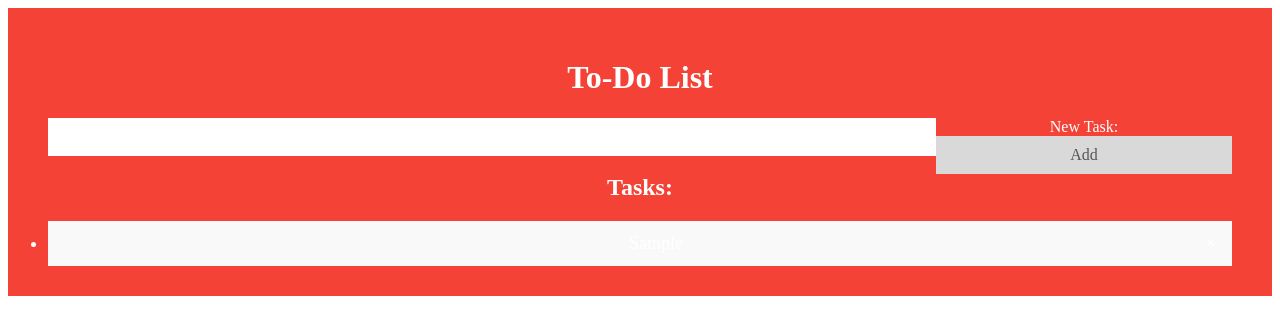
Repository: samoshi/To-do
Page: http://localhost/
The author's editor kept a copy of each file at every save. The page is drawn from the files as they stood at one save, then again after the next save.
The browser window is 1280 px wide. The pictures show the whole page.
Empty fields were first filled with sample values (such as "Sample", 5 or name@example.com).
After loading, the first visible `span.addBtn` was clicked once.
The page is served by the project's application, run on Flask 3 (app/app.py).

Above is the page before, as saved 2024-01-14 00:54:21.
Console error: TypeError: Cannot read properties of null (reading 'addEventListener')

### app/templates/index.html
<!DOCTYPE html>
<html lang="en">

<head>
    <meta charset="UTF-8">
    <meta name="viewport" content="width=device-width, initial-scale=1.0">
    <title>To-Do list</title>
    <link rel="stylesheet" href="{{ url_for('static', filename='style.css') }}" />
    <script src="https://code.jquery.com/jquery-3.6.4.min.js"></script>
    <script src="{{ url_for('static', filename='script.js') }}"></script>
</head>
<body>
    <div id="myDIV" class="header">
        <h1>To-Do List</h1>

        <form method="POST" action="{{ url_for('add_task') }}">
            <label for="description">New Task:</label>
            <input type="text" id="myInput" name="description" required>
            <span onclick="newElement()" class="addBtn">Add</span>
        </form>

        <h2>Tasks:</h2>
        <ul id="myUL">
            {% for task in tasks %}
                <li data-task-id="{{ loop.index-1 }}">
                </li>
            {% endfor %}
        </ul>

    </div>
</body>
</html>

### app/app.py
from flask import Flask, render_template, request, redirect, url_for
import json

app = Flask(__name__)

tasks = []

def save_tasks():
    with open("tasks.txt", "w") as file:
        for task in tasks:
            file.write(f"{task['description']}:{task['completed']}\n")

# Load tasks from a file
def load_tasks():
    try:
        with open("tasks.txt", "r") as file:
            lines = file.readlines()
            return [
                {"description": line.split(":")[0], "completed": eval(line.split(":")[1])}
                for line in lines
            ]
    except FileNotFoundError:
        return []

# Initialize tasks
tasks = load_tasks()

@app.route('/')
def index():
    return render_template('index.html', tasks=tasks)

@app.route('/add_task', methods=['POST'])
def add_task():
    new_task_description = request.form.get('description')
    if new_task_description:
        new_task = {"description": new_task_description, "completed": False}
        tasks.append(new_task)
        save_tasks()
    return redirect(url_for('index'))

@app.route('/complete/<int:task_id>')
def complete_task(task_id):
    if 0 <= task_id < len(tasks):
        tasks[task_id]['completed'] = True
        save_tasks()
    return redirect(url_for('index'))

@app.route('/remove/<int:task_id>')
def remove_task(task_id):
    global tasks
    if 0 <= task_id < len(tasks):
        del tasks[task_id]
        # Save your tasks or update your data structure
    return redirect(url_for('index'))

if __name__ == '__main__':
    app.run(host='0.0.0.0', port=5000, debug=True)

### app/static/style.css
/* Include the padding and border in an element's total width and height */
* {
    box-sizing: border-box;
  }

  /* Remove margins and padding from the list */
  ul {
    margin: 0;
    padding: 0;
  }

  /* Style the list items */
  ul li {
    cursor: pointer;
    position: relative;
    padding: 12px 8px 12px 40px;
    background: #eee;
    font-size: 18px;
    transition: 0.2s;

    /* make the list items unselectable */
    -webkit-user-select: none;
    -moz-user-select: none;
    -ms-user-select: none;
    user-select: none;
  }

  /* Set all odd list items to a different color (zebra-stripes) */
  ul li:nth-child(odd) {
    background: #f9f9f9;
  }

  /* Darker background-color on hover */
  ul li:hover {
    background: #ddd;
  }

  /* When clicked on, add a background color and strike out text */
  ul li.checked {
    background: #888;
    color: #fff;
    text-decoration: line-through;
  }

  /* Add a "checked" mark when clicked on */
  ul li.checked::before {
    content: '';
    position: absolute;
    border-color: #fff;
    border-style: solid;
    border-width: 0 2px 2px 0;
    top: 10px;
    left: 16px;
    transform: rotate(45deg);
    height: 15px;
    width: 7px;
  }

  /* Style the close button */
  .close {
    position: absolute;
    right: 0;
    top: 0;
    padding: 12px 16px 12px 16px;
  }

  .close:hover {
    background-color: #f44336;
    color: white;
  }

  /* Style the header */
  .header {
    background-color: #f44336;
    padding: 30px 40px;
    color: white;
    text-align: center;
  }

  /* Clear floats after the header */
  .header:after {
    content: "";
    display: table;
    clear: both;
  }

  /* Style the input */
  input {
    margin: 0;
    border: none;
    border-radius: 0;
    width: 75%;
    padding: 10px;
    float: left;
    font-size: 16px;
  }

  /* Style the "Add" button */
  .addBtn {
    padding: 10px;
    width: 25%;
    background: #d9d9d9;
    color: #555;
    float: left;
    text-align: center;
    font-size: 16px;
    cursor: pointer;
    transition: 0.3s;
    border-radius: 0;
  }

  .addBtn:hover {
    background-color: #bbb;
  }

### app/static/script.js
// Create a "close" button and append it to each list item
var myNodelist = document.getElementsByTagName("LI");
var i;
for (i = 0; i < myNodelist.length; i++) {
  var span = document.createElement("SPAN");
  var txt = document.createTextNode("\u00D7");
  span.className = "close";
  span.appendChild(txt);
  myNodelist[i].appendChild(span);
}

// Click on a close button to hide the current list item
var close = document.getElementsByClassName("close");
var i;
for (i = 0; i < close.length; i++) {
  close[i].onclick = function() {
    var div = this.parentElement;
    div.style.display = "none";
  }
}

// Add a "checked" symbol when clicking on a list item
var list = document.querySelector('ul');
list.addEventListener('click', function(ev) {
  if (ev.target.tagName === 'LI') {
    ev.target.classList.toggle('checked');
  }
}, false);

// Create a new list item when clicking on the "Add" button
function newElement() {
  var li = document.createElement("li");
  var inputValue = document.getElementById("myInput").value;
  var t = document.createTextNode(inputValue);
  li.appendChild(t);
  if (inputValue === '') {
    alert("You must write something!");
  } else {
    document.getElementById("myUL").appendChild(li);
  }
  document.getElementById("myInput").value = "";

  var span = document.createElement("SPAN");
  var txt = document.createTextNode("\u00D7");
  span.className = "close";
  span.appendChild(txt);
  li.appendChild(span);

  for (i = 0; i < close.length; i++) {
    close[i].onclick = function() {
      var div = this.parentElement;
      div.style.display = "none";
    }
  }
}

After the next save:
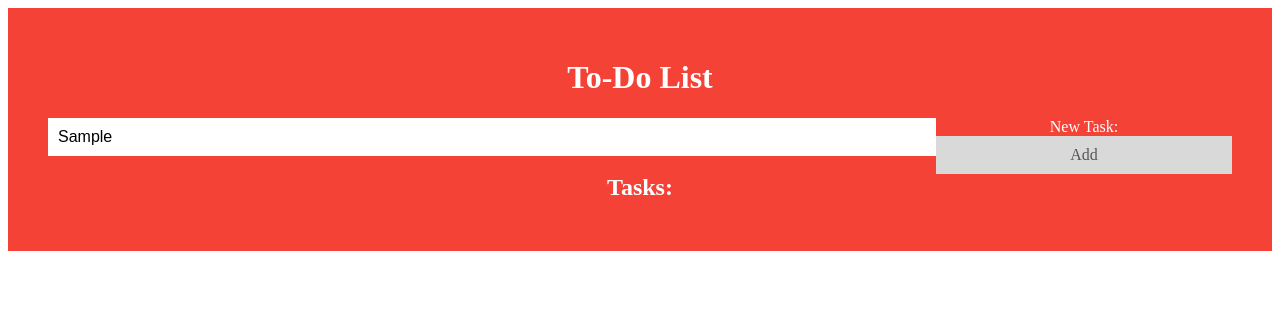
Console error: SyntaxError: Unexpected identifier 'remove_task'
Saved 5 min 23 s later.
--- a/app/static/script.js
+++ b/app/static/script.js
@@ -1,55 +1,28 @@
-// Create a "close" button and append it to each list item
-var myNodelist = document.getElementsByTagName("LI");
-var i;
-for (i = 0; i < myNodelist.length; i++) {
-  var span = document.createElement("SPAN");
-  var txt = document.createTextNode("\u00D7");
-  span.className = "close";
-  span.appendChild(txt);
-  myNodelist[i].appendChild(span);
-}
+// script.js
+document.addEventListener('DOMContentLoaded', function () {
+    const taskItems = document.querySelectorAll('.task-item');
 
-// Click on a close button to hide the current list item
-var close = document.getElementsByClassName("close");
-var i;
-for (i = 0; i < close.length; i++) {
-  close[i].onclick = function() {
-    var div = this.parentElement;
-    div.style.display = "none";
-  }
-}
+    function handleTaskAction(url) {
+        window.location.href = url;
+    }
 
-// Add a "checked" symbol when clicking on a list item
-var list = document.querySelector('ul');
-list.addEventListener('click', function(ev) {
-  if (ev.target.tagName === 'LI') {
-    ev.target.classList.toggle('checked');
-  }
-}, false);
+    taskItems.forEach((taskItem) => {
+        taskItem.addEventListener('mouseover', () => {
+            taskItem.classList.add('hovered-task');
+        });
 
-// Create a new list item when clicking on the "Add" button
-function newElement() {
-  var li = document.createElement("li");
-  var inputValue = document.getElementById("myInput").value;
-  var t = document.createTextNode(inputValue);
-  li.appendChild(t);
-  if (inputValue === '') {
-    alert("You must write something!");
-  } else {
-    document.getElementById("myUL").appendChild(li);
-  }
-  document.getElementById("myInput").value = "";
+        taskItem.addEventListener('mouseout', () => {
+            taskItem.classList.remove('hovered-task');
+        });
 
-  var span = document.createElement("SPAN");
-  var txt = document.createTextNode("\u00D7");
-  span.className = "close";
-  span.appendChild(txt);
-  li.appendChild(span);
+        taskItem.addEventListener('click', (event) => {
+            const isCompletedTask = taskItem.classList.contains('completed-task');
+            const url = isCompletedTask
+                ? '{{ url_for('remove_task', task_id=loop.index-1) }}'
+                : '{{ url_for('complete_task', task_id=loop.index-1) }}';
 
-  for (i = 0; i < close.length; i++) {
-    close[i].onclick = function() {
-      var div = this.parentElement;
-      div.style.display = "none";
-    }
-  }
-}
+            event.stopPropagation(); // Prevent event propagation to parent elements
+            handleTaskAction(url);
+        });
+    });
+});
